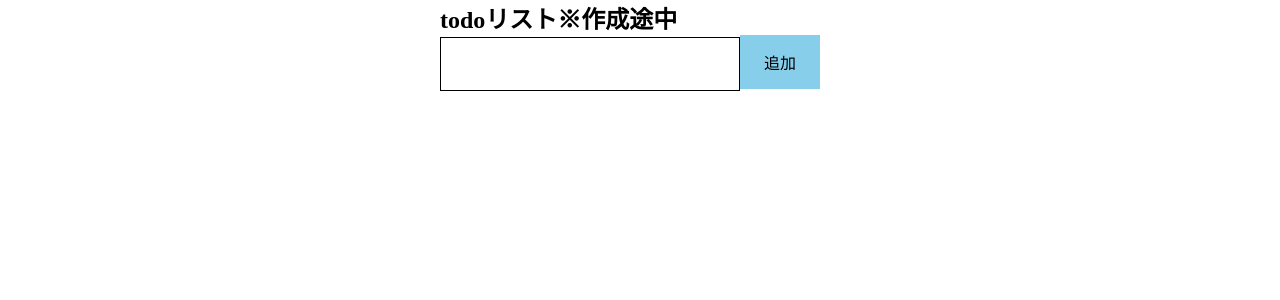
Repository: FujieRyou/react_practice
Page: /
An editor plug-in stored every save of this project. The page is shown before and after the next save, followed by the edit.
The browser window is 1280 px wide. The pictures show the whole page.
The project was rebuilt for these pictures with package versions that can differ from the ones it lists, and the page was loaded fresh each time. Also part of the build but not shown: vite.config.js, src/components/testComponent.jsx, src/components/countUp.jsx, src/components/switchFlag.jsx, src/components/props1.jsx, src/components/profile.jsx, src/components/ivent.jsx.

Above is the page before, as saved 2023-01-19 03:48:55.

### src/App.jsx
import { useEffect } from "react"
import { useRef } from "react"
import { useState } from "react"
import TestComponent from "./components/testComponent"
import styles from "./scss/style.scss"
import Todolist from "./components/todoComponent"
import CountUp from "./components/countUp"
import SwitchFlag from "./components/switchFlag"
import PropsPractice from "./components/props1"
import Profile from "./components/profile"
import ChangeIvent from "./components/ivent"


const App = () =>{
  const profileInfo = [
    {name:"Takasi",age:20,from:"大阪"},
    {name:"Hirosi",age:19,from:"東京"},
    {name:"Musasi",age:21,from:"名古屋"},
]


  return(
    <div>
      {/* todolist作成中 */}
      <Todolist />

      {/* 押すたびにcountがupする(useState練習) */}
      {/* < CountUp /> */}

      {/* 押すたびにON,OFFがきりかわる(useState練習) */}
      {/* <SwitchFlag /> */}

    {/* props練習 */}
    {/* <PropsPractice color="red"/>
    <PropsPractice num={123}/> */}

    {/* <Profile
      name={profileInfo[0].name}
      age={profileInfo[0].age}
      from={profileInfo[0].from}
    />

    <Profile
      {...profileInfo[1]}
    />

    <Profile/>

    <ChangeIvent /> */}

    </div>






  )
}


export default App

### src/scss/style.scss
@forward "_ress";

input{
    border: solid 1px black;
    width: 200px;
    height: 32px;
}

.btn{
    width: 56px;
    height: 32px;
    background-color: aquamarine;
}

.list{
    width: 200px;
    height: 100px;
    background-color: tomato;
    border: solid 1px skyblue;
    padding: 10px 12px;
    list-style-type: none;
}

.component{
    width: 200px;
    height: 150px;
    border: solid 5px green;
    color: green;
}
.component.red{
    width: 200px;
    height: 150px;
    border: solid 5px red;
    color: red;
}

.mouseInOut{
    width: 200px;
    height: 200px;
    background-color: aquamarine;
    margin-top: 20px;
}

.todoWrap{
    width: 400px;
    height: 200px;
    margin: 0 auto;
}

.addBtn{
    width: 80px;
    height: 54px;
    background-color: skyblue;
}

.txtArea{
    width: 300px;
    height: 54px;
}

### src/components/todoComponent.jsx
import style from "../scss/style.scss"
import { useState } from "react";

const Todolist = () =>{
    const [val, setVal] = useState();

    return(
        <div className="todoWrap">
            <h2>todoリスト※作成途中</h2>
            <input type="text" id="txtArea" className="txtArea" />
            <button type="button" id="addBtn" className="addBtn">追加</button>
            <div id="listWrap">
            </div>
        </div>
    )
}

export default Todolist;

### src/scss/_ress.scss
/*!
 * ress.css • v4.0.0
 * MIT License
 * github.com/filipelinhares/ress
 */

/* # =================================================================
   # Global selectors
   # ================================================================= */

   html {
    box-sizing: border-box;
    -webkit-text-size-adjust: 100%; /* Prevent adjustments of font size after orientation changes in iOS */
    word-break: normal;
    -moz-tab-size: 4;
    tab-size: 4;
  }

  *,
  ::before,
  ::after {
    background-repeat: no-repeat; /* Set `background-repeat: no-repeat` to all elements and pseudo elements */
    box-sizing: inherit;
  }

  ::before,
  ::after {
    text-decoration: inherit; /* Inherit text-decoration and vertical align to ::before and ::after pseudo elements */
    vertical-align: inherit;
  }

  * {
    padding: 0; /* Reset `padding` and `margin` of all elements */
    margin: 0;
  }

  /* # =================================================================
     # General elements
     # ================================================================= */

  hr {
    overflow: visible; /* Show the overflow in Edge and IE */
    height: 0; /* Add the correct box sizing in Firefox */
    color: inherit; /* Correct border color in Firefox. */
  }

  details,
  main {
    display: block; /* Render the `main` element consistently in IE. */
  }

  summary {
    display: list-item; /* Add the correct display in all browsers */
  }

  small {
    font-size: 80%; /* Set font-size to 80% in `small` elements */
  }

  [hidden] {
    display: none; /* Add the correct display in IE */
  }

  abbr[title] {
    border-bottom: none; /* Remove the bottom border in Chrome 57 */
    /* Add the correct text decoration in Chrome, Edge, IE, Opera, and Safari */
    text-decoration: underline;
    text-decoration: underline dotted;
  }

  a {
    background-color: transparent; /* Remove the gray background on active links in IE 10 */
  }

  a:active,
  a:hover {
    outline-width: 0; /* Remove the outline when hovering in all browsers */
  }

  code,
  kbd,
  pre,
  samp {
    font-family: monospace, monospace; /* Specify the font family of code elements */
  }

  pre {
    font-size: 1em; /* Correct the odd `em` font sizing in all browsers */
  }

  b,
  strong {
    font-weight: bolder; /* Add the correct font weight in Chrome, Edge, and Safari */
  }

  /* https://gist.github.com/unruthless/413930 */
  sub,
  sup {
    font-size: 75%;
    line-height: 0;
    position: relative;
    vertical-align: baseline;
  }

  sub {
    bottom: -0.25em;
  }

  sup {
    top: -0.5em;
  }

  table {
    border-color: inherit; /* Correct border color in all Chrome, Edge, and Safari. */
    text-indent: 0; /* Remove text indentation in Chrome, Edge, and Safari */
  }

  /* # =================================================================
     # Forms
     # ================================================================= */

  input {
    border-radius: 0;
  }

  /* Replace pointer cursor in disabled elements */
  [disabled] {
    cursor: default;
  }

  [type='number']::-webkit-inner-spin-button,
  [type='number']::-webkit-outer-spin-button {
    height: auto; /* Correct the cursor style of increment and decrement buttons in Chrome */
  }

  [type='search'] {
    -webkit-appearance: textfield; /* Correct the odd appearance in Chrome and Safari */
    outline-offset: -2px; /* Correct the outline style in Safari */
  }

  [type='search']::-webkit-search-decoration {
    -webkit-appearance: none; /* Remove the inner padding in Chrome and Safari on macOS */
  }

  textarea {
    overflow: auto; /* Internet Explorer 11+ */
    resize: vertical; /* Specify textarea resizability */
  }

  button,
  input,
  optgroup,
  select,
  textarea {
    font: inherit; /* Specify font inheritance of form elements */
  }

  optgroup {
    font-weight: bold; /* Restore the font weight unset by the previous rule */
  }

  button {
    overflow: visible; /* Address `overflow` set to `hidden` in IE 8/9/10/11 */
  }

  button,
  select {
    text-transform: none; /* Firefox 40+, Internet Explorer 11- */
  }

  /* Apply cursor pointer to button elements */
  button,
  [type='button'],
  [type='reset'],
  [type='submit'],
  [role='button'] {
    cursor: pointer;
    color: inherit;
  }

  /* Remove inner padding and border in Firefox 4+ */
  button::-moz-focus-inner,
  [type='button']::-moz-focus-inner,
  [type='reset']::-moz-focus-inner,
  [type='submit']::-moz-focus-inner {
    border-style: none;
    padding: 0;
  }

  /* Replace focus style removed in the border reset above */
  button:-moz-focusring,
  [type='button']::-moz-focus-inner,
  [type='reset']::-moz-focus-inner,
  [type='submit']::-moz-focus-inner {
    outline: 1px dotted ButtonText;
  }

  button,
  html [type='button'], /* Prevent a WebKit bug where (2) destroys native `audio` and `video`controls in Android 4 */
  [type='reset'],
  [type='submit'] {
    -webkit-appearance: button; /* Correct the inability to style clickable types in iOS */
  }

  /* Remove the default button styling in all browsers */
  button,
  input,
  select,
  textarea {
    background-color: transparent;
    border-style: none;
  }

  a:focus,
  button:focus,
  input:focus,
  select:focus,
  textarea:focus {
    outline-width: 0;
  }

  /* Style select like a standard input */
  select {
    -moz-appearance: none; /* Firefox 36+ */
    -webkit-appearance: none; /* Chrome 41+ */
  }

  select::-ms-expand {
    display: none; /* Internet Explorer 11+ */
  }

  select::-ms-value {
    color: currentColor; /* Internet Explorer 11+ */
  }

  legend {
    border: 0; /* Correct `color` not being inherited in IE 8/9/10/11 */
    color: inherit; /* Correct the color inheritance from `fieldset` elements in IE */
    display: table; /* Correct the text wrapping in Edge and IE */
    max-width: 100%; /* Correct the text wrapping in Edge and IE */
    white-space: normal; /* Correct the text wrapping in Edge and IE */
    max-width: 100%; /* Correct the text wrapping in Edge 18- and IE */
  }

  ::-webkit-file-upload-button {
    /* Correct the inability to style clickable types in iOS and Safari */
    -webkit-appearance: button;
    color: inherit;
    font: inherit; /* Change font properties to `inherit` in Chrome and Safari */
  }

  /* # =================================================================
     # Specify media element style
     # ================================================================= */

  img {
    border-style: none; /* Remove border when inside `a` element in IE 8/9/10 */
  }

  /* Add the correct vertical alignment in Chrome, Firefox, and Opera */
  progress {
    vertical-align: baseline;
  }

  /* # =================================================================
     # Accessibility
     # ================================================================= */

  /* Specify the progress cursor of updating elements */
  [aria-busy='true'] {
    cursor: progress;
  }

  /* Specify the pointer cursor of trigger elements */
  [aria-controls] {
    cursor: pointer;
  }

  /* Specify the unstyled cursor of disabled, not-editable, or otherwise inoperable elements */
  [aria-disabled='true'] {
    cursor: default;
  }

Loaded but not shown: index.html (common file); src/main.jsx (common file)

After the next save:
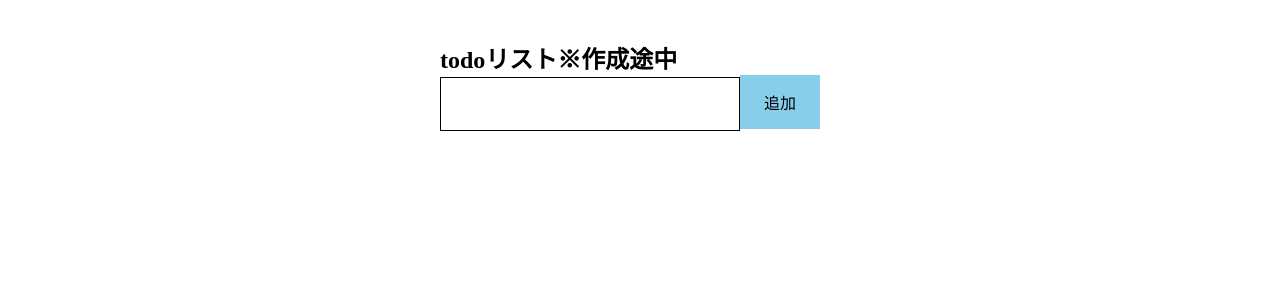
Saved 20 s later.
--- a/src/scss/style.scss
+++ b/src/scss/style.scss
@@ -45,6 +45,7 @@ input{
     width: 400px;
     height: 200px;
     margin: 0 auto;
+    padding-top: 40px;
 }
 
 .addBtn{
